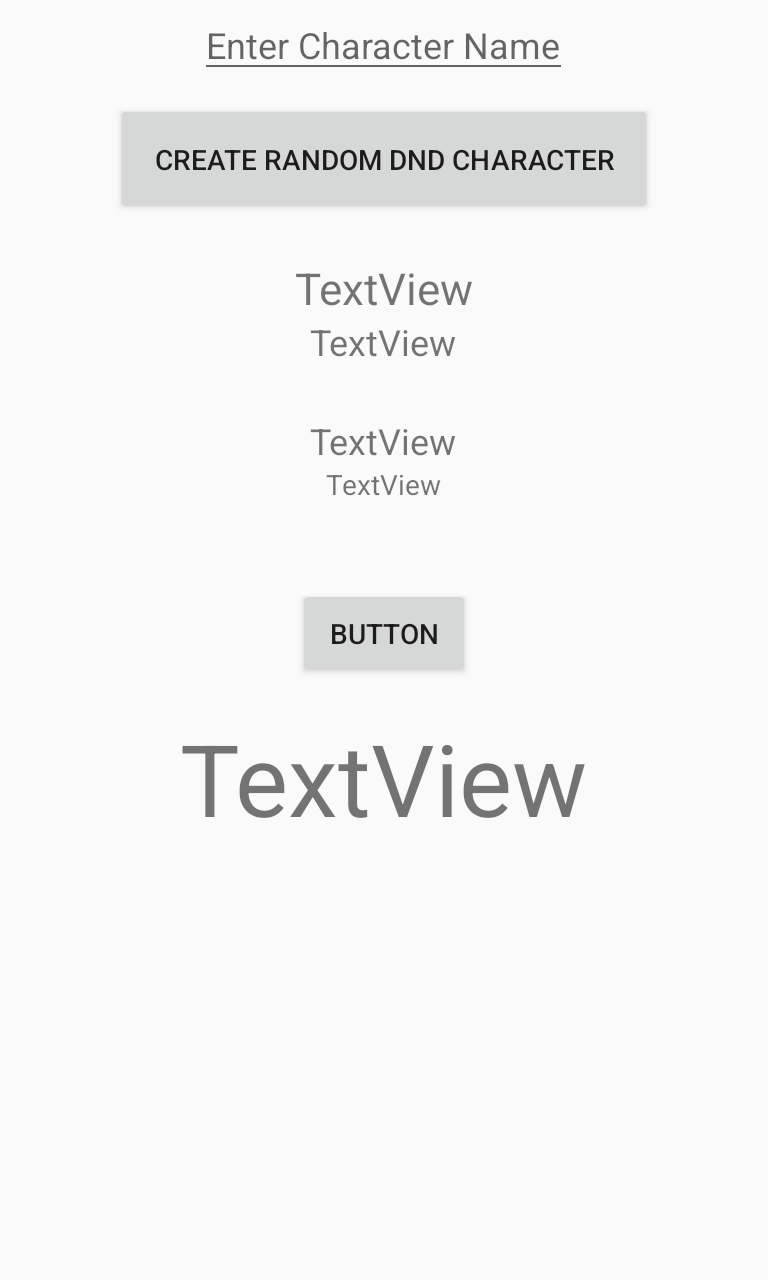
Repository: Vortelf/DnDAndroid
Layout: BuildApp/DnD/res/layout/activity_random_char.xml
An editor plug-in stored every save of this project. The layout is shown before and after the next save, followed by the edit.
It is drawn on a 768 x 1280 px phone screen (xhdpi) without system bars, with theme AppTheme; the app's code is not run.

Above is the layout before, as saved 2014-11-09 05:03:05.

### BuildApp/DnD/res/layout/activity_random_char.xml
<RelativeLayout xmlns:android="http://schemas.android.com/apk/res/android"
    xmlns:tools="http://schemas.android.com/tools"
    android:id="@+id/Char"
    android:layout_width="match_parent"
    android:layout_height="match_parent"

    tools:context="vortelf.dnd.RandomCharActivity" >

<ScrollView
    android:layout_width="match_parent"
    android:layout_height="match_parent" >

	<RelativeLayout
	    android:id="@+id/RandomScroll"
	    android:layout_width="match_parent"
	    android:layout_height="match_parent"
	    android:orientation="vertical" >

	    <EditText
	        android:id="@+id/inputCharName"
	        android:layout_width="wrap_content"
	        android:layout_height="wrap_content"
	        android:layout_centerHorizontal="true"
	        android:gravity="center_horizontal"
	        android:hint="@string/inputCharName" />

	    <Button
	        android:id="@+id/RandomButton"
	        android:layout_width="wrap_content"
	        android:layout_height="wrap_content"
	        android:layout_alignParentTop="true"
	        android:layout_centerHorizontal="true"
	        android:layout_marginTop="50dp"
	        android:gravity="center_horizontal"
	        android:padding="20dp"
	        android:text="@string/random_button" />

	    <TextView
	        android:id="@+id/CharName"
	        android:layout_width="wrap_content"
	        android:layout_height="wrap_content"
	        android:layout_below="@+id/RandomButton"
	        android:layout_centerHorizontal="true"
	        android:layout_marginTop="20dp"
	        android:textSize="22sp"
	        android:text="TextView" />

	    <TextView
	        android:id="@+id/CharStats"
	        android:layout_width="wrap_content"
	        android:layout_height="wrap_content"
	        android:layout_below="@+id/CharName"
	        android:layout_centerHorizontal="true"
	        android:textSize="18sp"
	        android:text="TextView" />

	    <TextView
	        android:id="@+id/AbiMod"
	        android:layout_width="wrap_content"
	        android:layout_height="wrap_content"
	        android:layout_below="@+id/CharStats"
			android:layout_centerHorizontal="true"
			android:layout_marginTop="25dp"
	        android:textSize="18sp"
	        android:text="TextView" />

	    <TextView
	        android:id="@+id/RaceNClass"
	        android:layout_width="wrap_content"
	        android:layout_height="wrap_content"
	        android:layout_below="@+id/AbiMod"
			android:layout_centerHorizontal="true"
	        android:text="TextView" />


	    <TextView
	        android:id="@+id/Roller"
	        android:layout_width="wrap_content"
	        android:layout_height="wrap_content"
	        android:layout_below="@+id/RaceNClass"
	        android:layout_centerHorizontal="true"
	        android:layout_marginTop="104dp"
	        android:text="TextView"
	        android:textSize="50sp" />



	    <Button
	        android:id="@+id/SwitchActivity"
	        android:layout_width="wrap_content"
	        android:layout_height="wrap_content"
	        android:layout_below="@+id/RaceNClass"
	        android:layout_centerHorizontal="true"
	        android:layout_marginTop="41dp"
	        android:text="Button" />

	</RelativeLayout>
</ScrollView>
</RelativeLayout>

### BuildApp/DnD/res/values/strings.xml
<?xml version="1.0" encoding="utf-8"?>
<resources>

    <string name="app_name">DnD</string>
    <string name="action_settings">About</string>
    <string name="random_button">Create Random DnD Character</string>
    <string name="inputCharName">Enter Character Name</string>
    <string name="title_activity_main">MainActivity</string>
    <string name="title_RandomSelection">Create Random Character</string>
    <string name="title_CustomSelection">Create Custom Character</string>
    <string name="title_DiceRollSelection">Dice Roller</string>
    <string name="navigation_drawer_open">Open navigation drawer</string>
    <string name="navigation_drawer_close">Close navigation drawer</string>
    <string name="action_example">Example action</string>
    <string name="title_activity_custom_char">CustomCharActivity</string>
    <string name="hello_world">Hello world!</string>
    <string name="title_activity_dice_roll">DiceRollActivity</string>
    <string name="extend">This is something that is supposed to be very long and extendive</string>
    <string name="title_section1">Selection 1</string>
    <string name="title_section2">Selection 2</string>
    <string name="title_section3">Selection 3</string>
    <string name="title_activity_about"></string>
    <string name="about_foot">Made for HackFMI 4</string>
    <string name="AppName">Dungeons and Dragons</string>

</resources>

Loaded but not shown: BuildApp/DnD/res/values/styles.xml (common file); BuildApp/DnD/res/values-v11/styles.xml (common file); BuildApp/DnD/res/values-v14/styles.xml (common file)

After the next save:
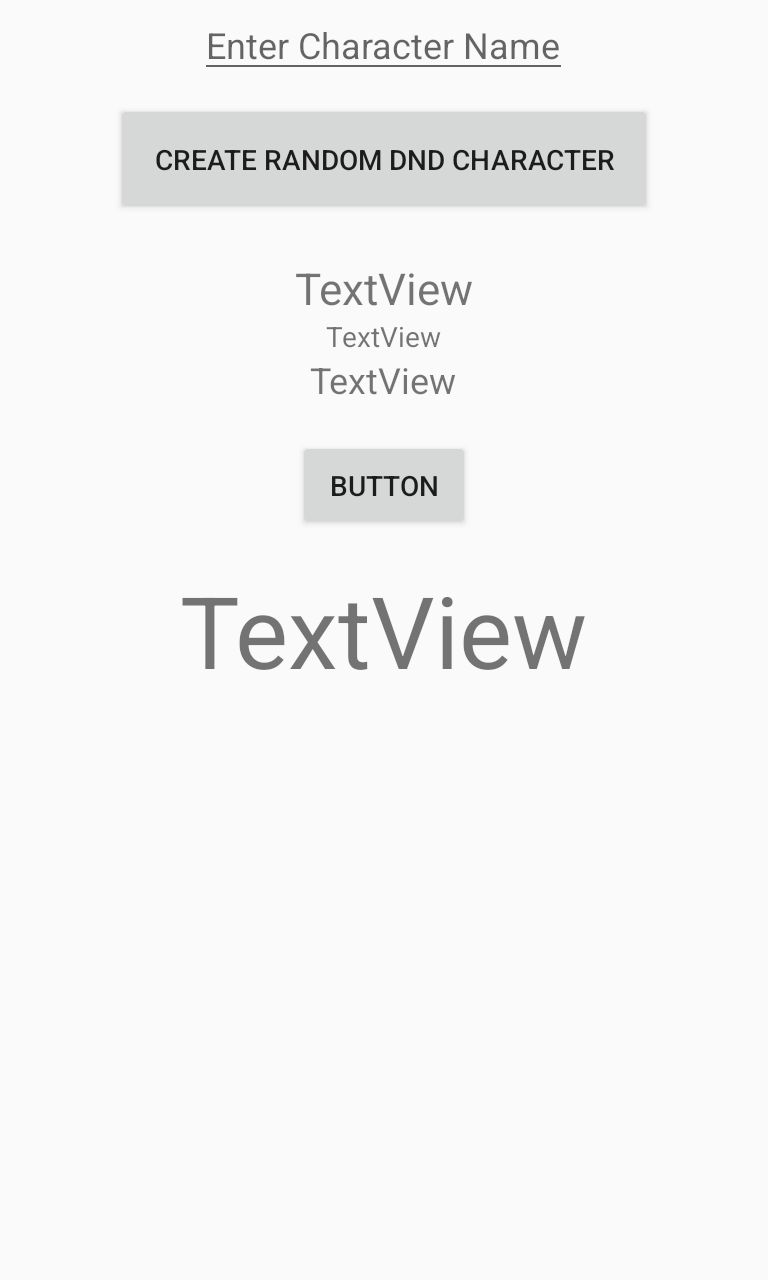
Saved 100 s later.
--- a/BuildApp/DnD/res/layout/activity_random_char.xml
+++ b/BuildApp/DnD/res/layout/activity_random_char.xml
@@ -46,10 +46,18 @@
 	        android:text="TextView" />
 
 	    <TextView
+	        android:id="@+id/RaceNClass"
+	        android:layout_width="wrap_content"
+	        android:layout_height="wrap_content"
+	        android:layout_below="@+id/CharName"
+			android:layout_centerHorizontal="true"
+	        android:text="TextView" />
+
+	    <TextView
 	        android:id="@+id/CharStats"
 	        android:layout_width="wrap_content"
 	        android:layout_height="wrap_content"
-	        android:layout_below="@+id/CharName"
+	        android:layout_below="@+id/RaceNClass"
 	        android:layout_centerHorizontal="true"
 	        android:textSize="18sp"
 	        android:text="TextView" />
@@ -64,13 +72,7 @@
 	        android:textSize="18sp"
 	        android:text="TextView" />
 
-	    <TextView
-	        android:id="@+id/RaceNClass"
-	        android:layout_width="wrap_content"
-	        android:layout_height="wrap_content"
-	        android:layout_below="@+id/AbiMod"
-			android:layout_centerHorizontal="true"
-	        android:text="TextView" />
+
 
 
 	    <TextView
